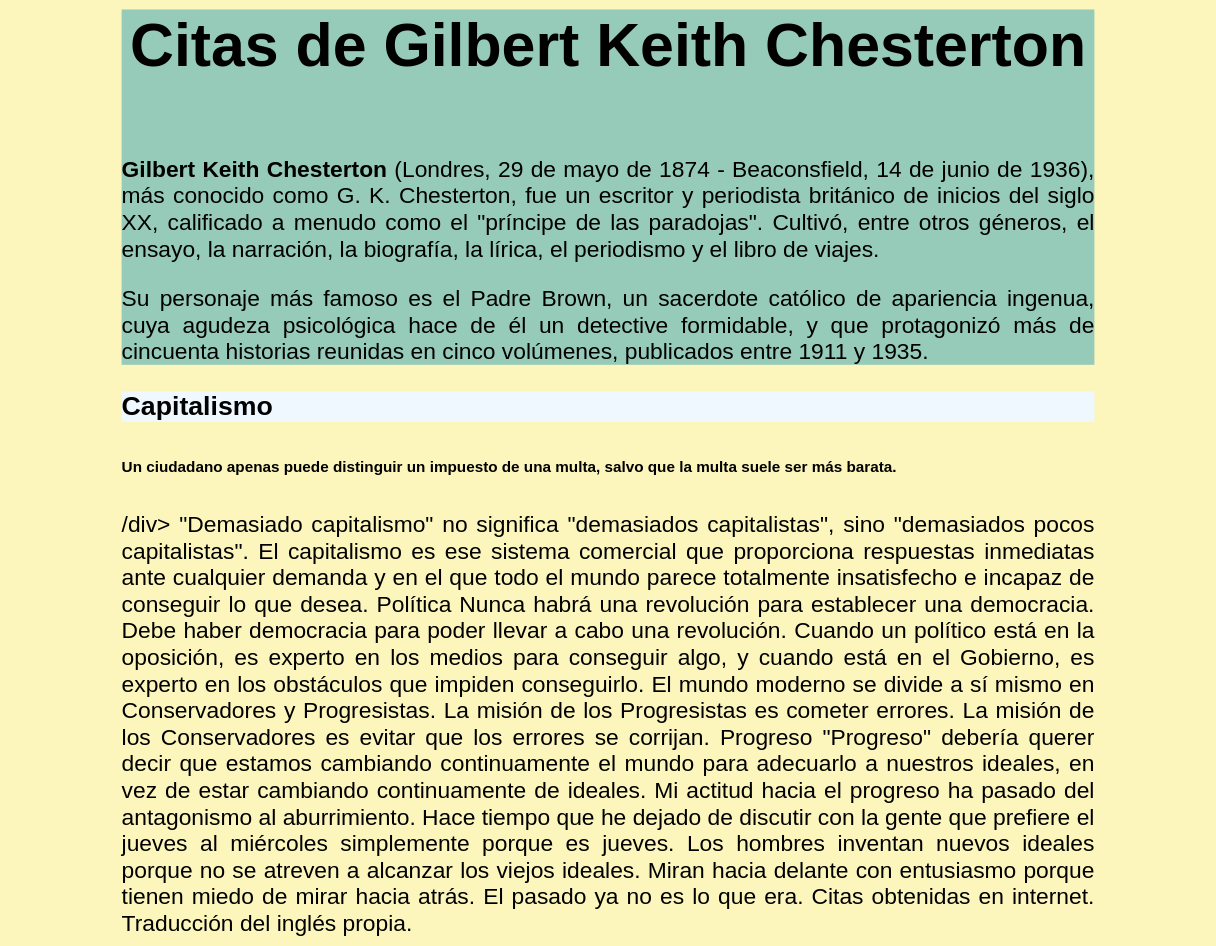
Repository: EmilyMachuca-Developer/Advanced-Programming-Projects
Page: index.html
The author's editor kept a copy of each file at every save. The page is drawn from the files as they stood at one save, then again after the next save.
The browser window is 1280 px wide. The pictures show the whole page, at 95% of full size.

Above is the page before, as saved 2024-02-26 20:28:27.

### index.html
<html lang="es">
<head>
<meta charset="utf-8">
<link rel="stylesheet" href="Taller 2/css/style.css">
<title>Emily Machuca</title>
</head>

<body>
    <div style="background-color: rgb(150, 202, 185);">
        <h1>Citas de Gilbert Keith Chesterton</h1> <br><br>
        <p><strong>Gilbert Keith Chesterton</strong> (Londres, 29 de mayo de 1874 - Beaconsfield, 14 de junio de 1936), más conocido como G. K. Chesterton, fue un escritor y periodista británico de inicios del siglo XX, calificado a menudo como el "príncipe de las paradojas". Cultivó, entre otros géneros, el ensayo, la narración, la biografía, la lírica, el periodismo y el libro de viajes.</p>
        <p>Su personaje más famoso es el Padre Brown, un sacerdote católico de apariencia ingenua, cuya agudeza psicológica hace de él un detective formidable, y que protagonizó más de cincuenta historias reunidas en cinco volúmenes, publicados entre 1911 y 1935.</p>
    </div>

<div style="background-color: aliceblue;"><h3>Capitalismo</h3></div>

<div><h6>Un ciudadano apenas puede distinguir un impuesto de una multa, salvo que la multa suele ser más barata.</h6>/div>


"Demasiado capitalismo" no significa "demasiados capitalistas", sino "demasiados pocos capitalistas".

El capitalismo es ese sistema comercial que proporciona respuestas inmediatas ante cualquier demanda y en el que todo el mundo parece totalmente insatisfecho e incapaz de conseguir lo que desea.

Política

Nunca habrá una revolución para establecer una democracia. Debe haber democracia para poder llevar a cabo una revolución.

Cuando un político está en la oposición, es experto en los medios para conseguir algo, y cuando está en el Gobierno, es experto en los obstáculos que impiden conseguirlo.

El mundo moderno se divide a sí mismo en Conservadores y Progresistas. La misión de los Progresistas es cometer errores. La misión de los Conservadores es evitar que los errores se corrijan.

Progreso

"Progreso" debería querer decir que estamos cambiando continuamente el mundo para adecuarlo a nuestros ideales, en vez de estar cambiando continuamente de ideales.

Mi actitud hacia el progreso ha pasado del antagonismo al aburrimiento. Hace tiempo que he dejado de discutir con la gente que prefiere el jueves al miércoles simplemente porque es jueves.

Los hombres inventan nuevos ideales porque no se atreven a alcanzar los viejos ideales. Miran hacia delante con entusiasmo porque tienen miedo de mirar hacia atrás.

El pasado ya no es lo que era.

Citas obtenidas en internet. Traducción del inglés propia.
</body>
</html>

### Taller 2/css/style.css
body {
    margin: 10px 10%;
    background-color: fcf6bd;
    font-family: sans-serif;
    font-size: 1.5rem;
    text-align: justify;
  }

  header {
    padding: 0 10px;
    background-color: hwb(0 94% 6% / 0.767);
  }

  h1 {
    margin: 0;
    font-size: 4rem;
    text-align: center;
  }

  main {
    display: block;
    border: white 2px solid;
    padding: 10px;
  }

  section {
    padding-bottom: 5px;
    background-color: hwb(14 0% 26%)
  }

  section + section {
    margin-top: 40px;
  }

  h2 {
    margin: 0;
    padding-left: 10px;
    background-color: white;
  }

  section p {
    border: hwb(16 45% 27%)10px solid;
    margin: 20px 10%;
    padding: 10px;
    color: white;
    line-height: 200%;
  }

  footer {
    border-top: black 5px solid;
    margin: 20px 0;
    padding: 0 10px;
    background-color: hwb(15 50% 40%);
    font-size: 1.2rem;
  }

After the next save:
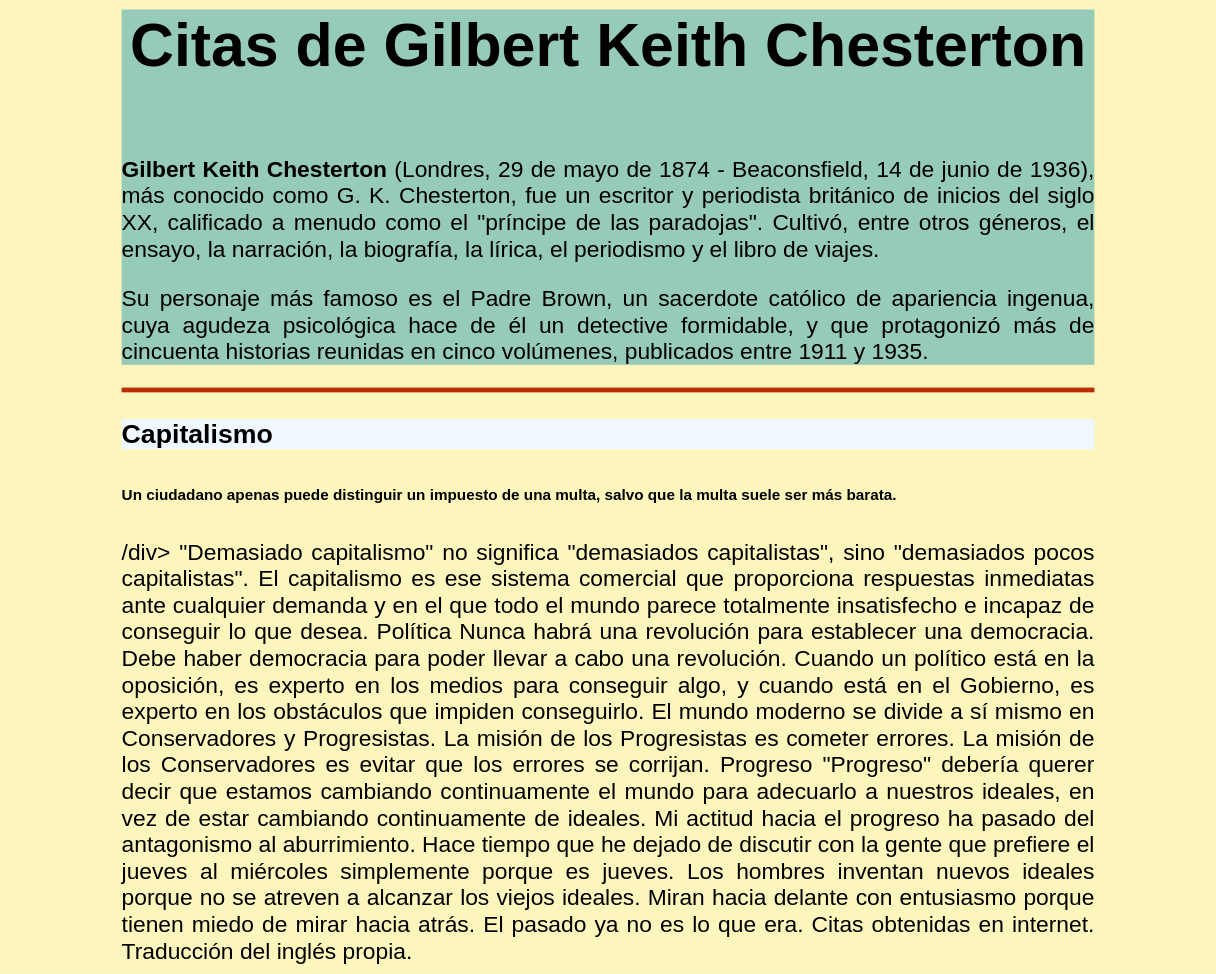
Saved 23 s later.
--- a/index.html
+++ b/index.html
@@ -11,7 +11,7 @@
         <p><strong>Gilbert Keith Chesterton</strong> (Londres, 29 de mayo de 1874 - Beaconsfield, 14 de junio de 1936), más conocido como G. K. Chesterton, fue un escritor y periodista británico de inicios del siglo XX, calificado a menudo como el "príncipe de las paradojas". Cultivó, entre otros géneros, el ensayo, la narración, la biografía, la lírica, el periodismo y el libro de viajes.</p>
         <p>Su personaje más famoso es el Padre Brown, un sacerdote católico de apariencia ingenua, cuya agudeza psicológica hace de él un detective formidable, y que protagonizó más de cincuenta historias reunidas en cinco volúmenes, publicados entre 1911 y 1935.</p>
     </div>
-
+<section></section>
 <div style="background-color: aliceblue;"><h3>Capitalismo</h3></div>
 
 <div><h6>Un ciudadano apenas puede distinguir un impuesto de una multa, salvo que la multa suele ser más barata.</h6>/div>
